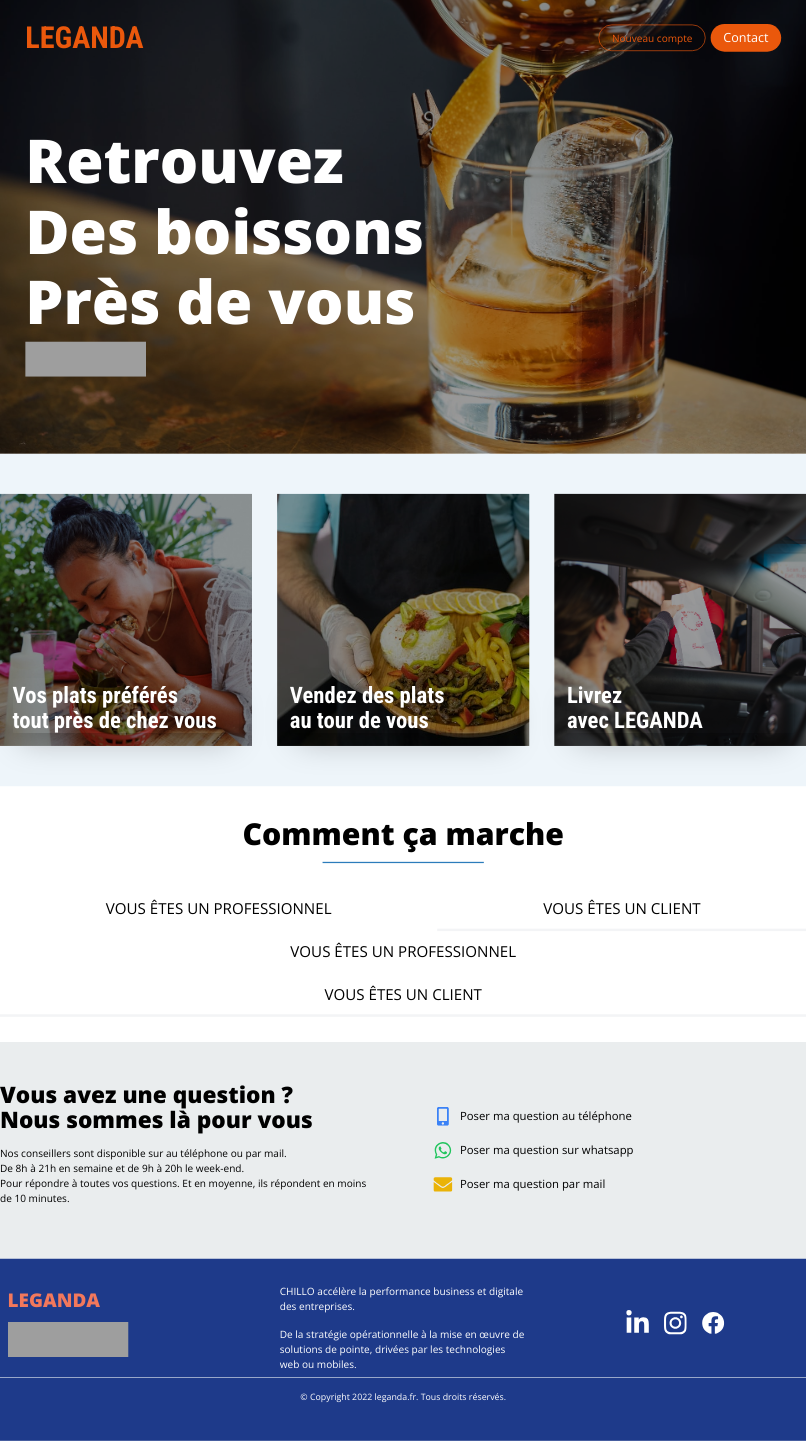
Repository: chillo-tech/website-leganda
Page: /
These files come from the project's save history. The page is drawn as it stood at one moment and after the next save; the edit follows.
The browser window is 1280 px wide. The pictures show the whole page, at 63% of full size.
Pictures or frames that could not be fetched are drawn as grey boxes. The project was rebuilt for these pictures with package versions that can differ from the ones it lists, and the page was loaded fresh each time. Some packages were replaced by stand-ins written for this rebuild. The framework's server and built-in components were replaced by stand-ins that run in the browser. Also part of the build but not shown: next.config.js, components/header/items/SearchBar.tsx.

Above is the page before, as saved 2023-02-09 14:18:31.

After the next save:
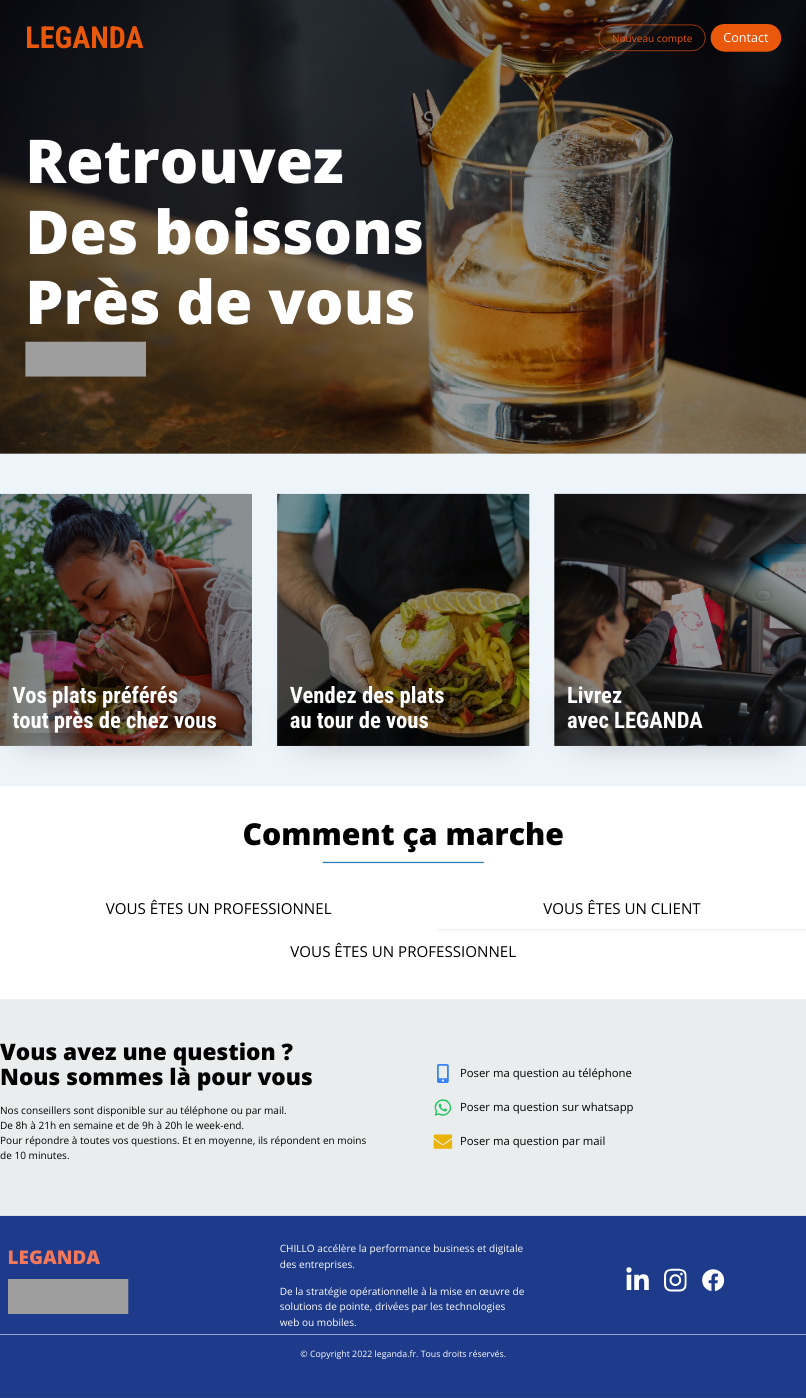
Saved 24 s later.
--- a/components/tabs/index.tsx
+++ b/components/tabs/index.tsx
@@ -28,7 +28,7 @@
               classNames(
                 'grow border-b-4 py-2',
                 { 'bg-white border-white': activeTab === `tab-${index}` },
-                { 'bg-white border-gray-100 bg-gray-100': activeTab !== `tab-${index}` }
+                { 'hidden': activeTab !== `tab-${index}` }
                 )
               }>
             <button id={`tab-${index}`} type='button' className='uppercase w-full py-2 text-2xl' onClick={handleClick}>{item.label}</button>
